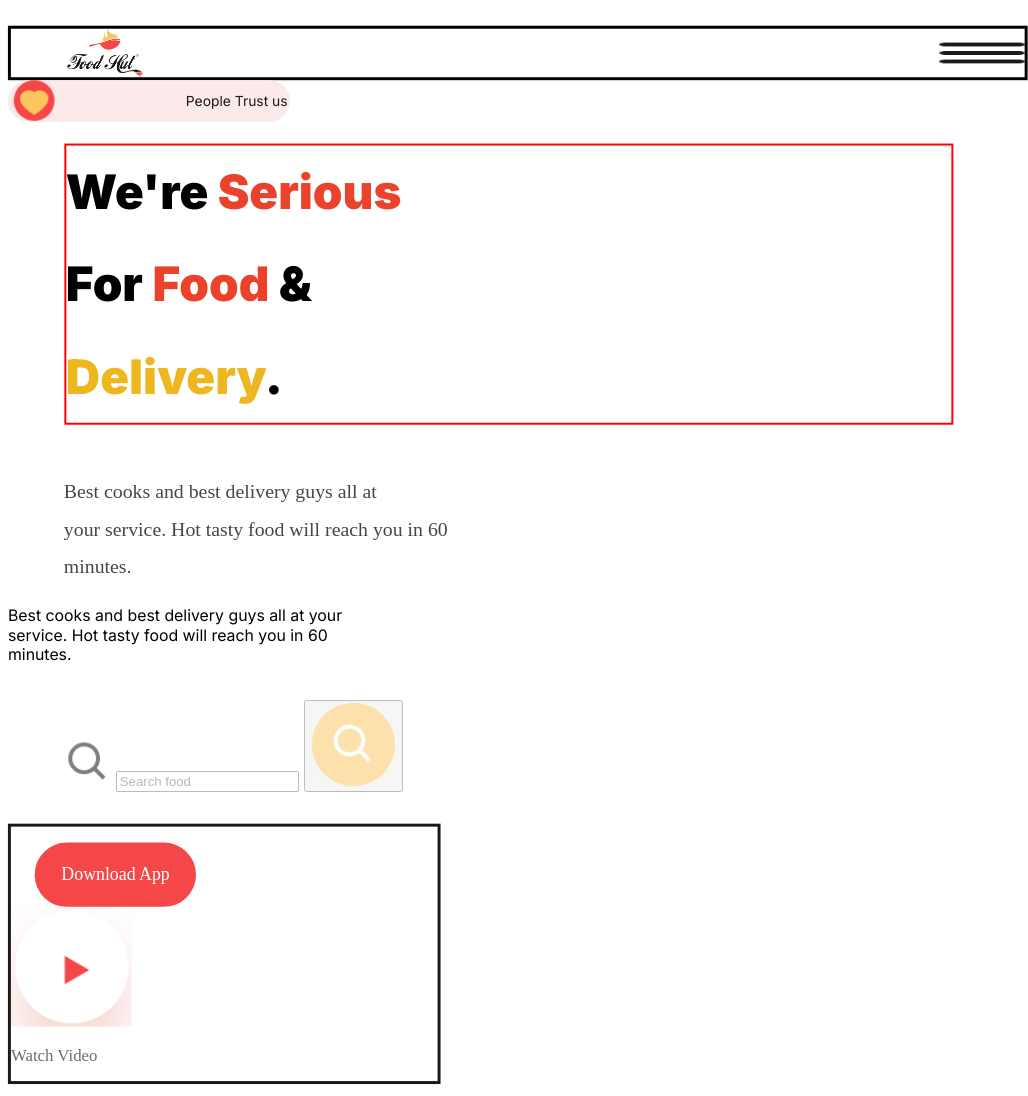
Repository: ReyhanehRahmani/Food-Hut
Page: FoodHut.html
An editor plug-in stored every save of this project. The page is shown before and after the next save, followed by the edit.
The browser window is 1024 px wide. The page is 1038 px wide, so the pictures cover 1038 px, including what lies to the right of the window. The pictures show the whole page, at 99% of full size.
Some web fonts or font styles are not loaded; a fallback is used.

Above is the page before, as saved 2025-05-28 21:31:22.

### FoodHut.html
<!DOCTYPE html>

<html lang="en">

    <head>

    <meta name="viewport" content="width=device-width, initial-scale=1.0" />

        <title>Food Hut</title>

        <link rel="icon" type="image/jpg" href="favicon.png">

        <link rel="preconnect" href="https://fonts.googleapis.com">

        <link rel="stylesheet" href="FoodHut.css">

        <link rel="preconnect" href="https://fonts.googleapis.com">

        <link rel="preconnect" href="https://fonts.gstatic.com" crossorigin>

        <link href="https://fonts.googleapis.com/css2?family=Inter:ital,opsz,wght@0,14..32,100..900;1,14..32,100..900&display=swap" rel="stylesheet">

        <link rel="preconnect" href="https://fonts.googleapis.com">

        <link rel="preconnect" href="https://fonts.gstatic.com" crossorigin>

        <link href="https://fonts.googleapis.com/css2?family=Sofia+Sans:ital,wght@0,1..1000;1,1..1000&display=swap" rel="stylesheet">

    </head>

    <body>

        <div class="headh">
            <img src="favicon.png" alt="Food Hut logo" class="FoodHutLogo">

            <div class="navlaptop">
                    <p class="mm">Today special offers</p>
                    <p class="mm">Why FoodHut</p>
                    <p class="mm">Our Menu</p>
                    <p class="mm">Our Popular food</p>

            </div>
            <div class="downloadbt"><p>Download App</p></div>
            <img src="slider.png" id="slider">
        </div>



        <div class="maincontainer">
            <div class="container1">

                <div id="HeartBox">
                    <img id="Heart" src="ghalb.png" style="margin-left: 3px;" >
                    <p id="trust">People Trust us</p>
                </div>

                <p id="BigBox1">
                    We're <spsn style="color: rgb(235, 66, 44);">Serious</spsn> <br> For <span style="color: rgb(235, 66, 44);">Food</span> & <br><span style="color: rgb(238, 183, 32);">Delivery</span>.
                </p>
                <p id="BigBox1laptop">
                    We're <spsn style="color: rgb(235, 66, 44);">Serious</spsn>  For <br><span style="color: rgb(235, 66, 44);">Food</span> & <span style="color: rgb(238, 183, 32);">Delivery</span>.
                </p>

                <p id="text1">
                    Best cooks and best delivery guys all at <br>your service. Hot tasty food will reach you in 60<br>minutes.
                </p>
                <p id="text1laptop">
                    Best cooks and best delivery guys all at your <br>service. Hot tasty food will reach you in 60<br>minutes.
                </p>
                <div class="searchbox">
                    <img src="zarebin2.png" id="zarebin2">
                    <input class="inin" type="text" minlength="3" maxlength="30" placeholder="Search food"></input>
                    <button class="butbut"><img src="zarebin.png" id="zarebin"></button>
                </div>


                <div id="PlayBox">
                    <div id="download"><p>Download App</p></div>
                    <div id="bori1">
                    <img src="playb.png" id="PlayButton">
                    <p id="Watch">Watch Video</p>
                    </div>
                </div>

            </div>
            <img src="pic1.png" id="pic1laptop">

        </div>






    </body>

</html>

### FoodHut.css
/*font family - font size - align items like heart*/

@media screen and (max-width: 1279px){



body {
    font-family: "Inter", sans-serif;

}

.headh{
    border: solid;
    display: flex;
    justify-content: space-between;
    width: 100vw;
    height: 6.739130435vh;
    align-items: center;
    margin-top: 2.608695652%;
}


.FoodHutLogo{
    margin-left: 5.607476636%;
    height: 100%;
}

#slider{
    width: 8.411214953%;
    height: 43.548387097%;
}

/*#NavbarSlider{
    margin-top: 41px;
    margin-right: 5.6vw;
    float: right;
    position: fixed;
    border: 2px solid red;
}

.slider{
    width: 36px;
    height: 5px;
    border-radius: 17px;
    display: flex;
    justify-content: space-between;
    flex-direction: column;
    gap: 6px;
    background: rgba(25, 25, 25, 1);
    margin-right: 24px;

}*/

#HeartBox{
    display: flex;
    justify-content: space-between;
    width: 28.226415094%;
    height: 4.261796043%;
    align-items: center;
    border-radius: 100px;
    white-space: nowrap;
    background-color: #fce9e9;
}



#HeartBox{
    display: flex;
    justify-content: space-between;
    gap: 1.438848921%;
    width: 28.226415094%;
    height: 4.261796043%;
    align-items: center;
    border-radius: 100px;
    white-space: nowrap;
    background-color: #fce9e9;
}

#trust{
    font-weight: 400;
    font-size: 0.875rem;
    line-height: 100%;
    letter-spacing: 0%;
    /*align-items: center;
    justify-content: center;*/
    color: rgba(25, 25, 25, 1);
    margin-right: 2px;

}

#Heart{
    position: static;
    width: 14.288489209%;
    height: 71.428571429%;
    padding-left: 1.168224299%;
    align-self: center;
}

#BigBox1{
    width: 88.785046729%;
    height: 21.058315335%;
    align-content: center;
    margin-top: 2.173913043%;
    margin-left: 5.607476636%;
    border: 2px solid red;
    font-weight: 900;
    font-size: 3rem;
    line-height: 195%;
    letter-spacing: 0%;
    font-family: "Inter";
}

/*#Box1Paragragh{
    font-weight: 900;
    font-size: 48px;
    line-height: 195%;
    letter-spacing: 0%;
}*/

#text1{
    width: 88.551401869%;
    height: 8.804347826%;
    margin-top: 4.347826087%;
    margin-left: 5.607476636%;
    opacity: 0.8;
    font-family: Sofia Pro;
    font-weight: 400;
    font-size: 1.25rem;
    line-height: 190%;
    letter-spacing: -1%;
    color: #191919;

}

.searchbox{
    width: 88.785046729%;
    height: 5.869565217%;
    margin-top: 3.47826087%;
    margin-left: 5.607476636%;
    border-radius: 100px;
    border-width: 0.5px;
    font-family: Sofia Pro;
    font-weight: 400;
    font-size: 18px;
    line-height: 100%;
    letter-spacing: -1%;
    opacity: 50%;

}

.search-bar input{

}

.search-bar button{
  border: none;
  padding: 0 15px;
  display: flex;
  align-items: center;
  justify-content: center;
  border-radius: 0 25px 25px 0;
  cursor: pointer;
    flex-wrap: wrap;

}

#download{
    width: 37.85046729%;
    height: 4.859611231%;
    margin-top: 3.695652174%;
    margin-left: 5.607476636%;
    border-radius: 100px;
    background: #F54748;
    font-family: Sofia Pro;
    font-weight: 400;
    font-size: 1.125rem;
    line-height: 100%;
    letter-spacing: 0px;
    text-transform: capitalize;
    color:#FFFFFF;
    text-align: center;
    padding-top: 1.187904968%;
    padding-bottom: 1.187904968%;
    display: inline-block;
}

#PlayBox{
    margin-top: 3.260869565%;
    display: flex;
    justify-content: space-between;
    gap: 4.906542056%;
    width: 42.757009346%;
    height: 5.652173913%;
    margin-right: 6.542056075%;
    position: relative;
    overflow: hidden;
    border: #191919 solid;
    display: inline-block;

}

#PlayButton{
    position: relative;
    width: 28.415300546%;
    height: 100%;
}


#Watch{
    font-family: Poppins;
    font-weight: 500;
    font-size: 1.0625rem;
    line-height: 100%;
    letter-spacing: 0%;
    color: #686D77;

}
.navlaptop{
    display: none;
}

.downloadbt{
    display: none;
}

#BigBox1laptop{
    display: none;
}

#pic1laptop{
    display: none;
}

}


@media screen and (min-width: 1280px){

body{
    position: relative;
}

.headh{
    display: flex;
    position: relative;
    align-items: center;
    margin-top: 2.46343341%;
}

.headh .FoodHutLogo{
    width: 8.402777778%;
    height: 6.004618938%;
    margin-left: 5.46875%;

}

.navlaptop {
    display: flex;
    gap: 7.575757576%;
    align-items: center;
    margin-left: 20.75%;

}

.navlaptop .mm{
    font-family: "Sofia Sans";
    font-weight: 400;
    font-size: 1.125rem;
    line-height: 100%;
    letter-spacing: 0px;
    text-transform: capitalize;
    color: #191919;
    white-space: nowrap;
}

.downloadbt{
    position: absolute;
    width: 11.25%;
    line-height: 100%;
    height: 57.692307692%;
    border-radius: 100px;
    background-color: #F54748;
    font-family: "Sofia Sans";
    text-align: center;
    margin-top: 1px;
    color: #FFFFFF;
    font-weight: 400;
    font-size: 18px;
    letter-spacing: 0px;
    text-transform: capitalize;
    margin-left: 84.513888889%;


}

.maincontainer{
    display: flex;
    justify-content: space-between;


}

.container1{
    margin-left: 4.861111111%;
    display: block;
    align-content: center;

}

#HeartBox{
    display: flex;
    justify-content: space-between;
    width: 28.226415094%;
    height: 4.261796043%;
    align-items: center;
    border-radius: 100px;
    white-space: nowrap;
    background-color: #fce9e9;
}

#trust{
    margin-right: 2px;
}

#BigBox1laptop{
    font-family: "Inter";
    font-weight: 900;
    font-size: 3.625rem;
    line-height: 100%;
    letter-spacing: 0%;
    margin-top: 3.04414003%;

}

#BigBox1{
    display: none;
}

#Heart{
    height: 20px;
    width: 20px;
}

#trust{
    font-family: Inter;
    font-weight: 400;
    font-size: 0.875rem;
    line-height: 100%;
    letter-spacing: 0%;

}

#text1{
    font-family: "Sofia Sans";
    font-weight: 400;
    font-size: 1.5rem;
    line-height: 100%;
    letter-spacing: -1%;
    opacity: 0.8;
    margin-top: 3.877419355%;
    color: #191919;

}


.searchbox{
    border: solid;
    display: flex;
    border-width: 0.5px;
    border-radius: 100px;
    align-items: center;
    height: 8.709677419%;
    margin-top: 4.35483871;

}

.searchbox .inin{
    border: 0px;
    margin-left: 12px;

}

.searchbox .butbut{
    border: 0px;
    background-color: rgba(127, 255, 212, 0);
    margin-left: 41.324840764%;
}

#zarebin{
    height: 42px;
    padding-top: 5px;

}

#zarebin2{
    width: 28px;
    height: 28px;
    margin-left: 15px;

}

#pic1laptop{
    width: 47.847222222%;
    height: auto;
}

#PlayBox{
    display: flex;
    height: 8.387096774%;
    margin-top: 4.838709677%;
    align-items: center;
}

#download{
    width: 33.085106383%;
    height: 86.538461538%;
    border-radius: 100px;
    background-color: #F54748;
    font-family: "Sofia Sans";
    text-align: center;
    margin-top: 1px;
    color: #FFFFFF;
    font-weight: 400;
    font-size: 18px;
    line-height: 100%;
    letter-spacing: 0px;
    text-transform: capitalize;


}

#bori1{
    display: flex;
    margin-left: 8.244680851%;
    height: 100%;
    justify-content: space-between;
    gap: 11.475409836%;
}

#Watch{
    font-family: "Sofia Sans";
    font-weight: 300;
    font-size: 17px;
    line-height: 100%;
    letter-spacing: 0%;
    color: #686D77;
    white-space: nowrap;

}

#PlayButton{
    height: 100%;
}
}

After the next save:
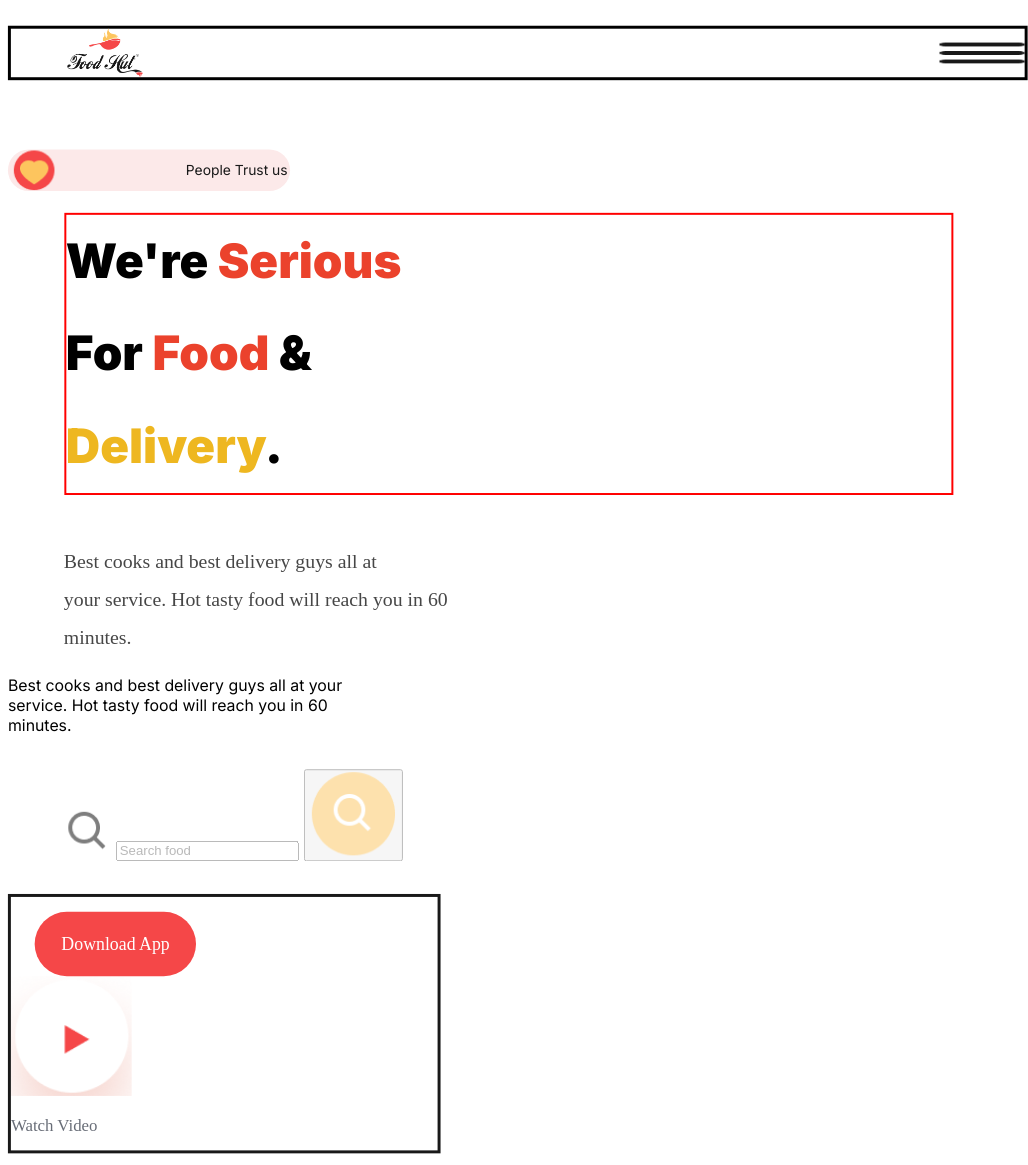
Saved 115 min 40 s later.
--- a/FoodHut.css
+++ b/FoodHut.css
@@ -74,6 +74,7 @@ body {
     border-radius: 100px;
     white-space: nowrap;
     background-color: #fce9e9;
+    margin-top: 6.956521739%;
 }
 
 #trust{
